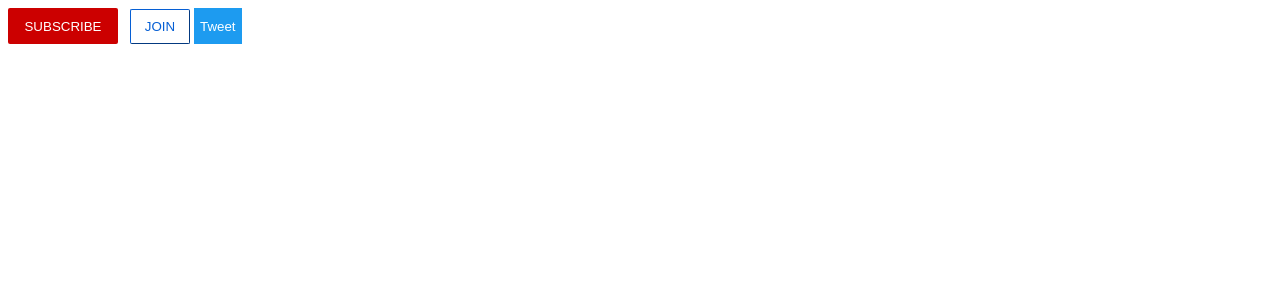
Repository: Kurumilli/Youtube
Page: buttons.html
The author's editor kept a copy of each file at every save. The page is drawn from the files as they stood at one save, then again after the next save.
The browser window is 1280 px wide. The pictures show the whole page.

Above is the page before, as saved 2025-01-23 20:14:24.

After the next save:
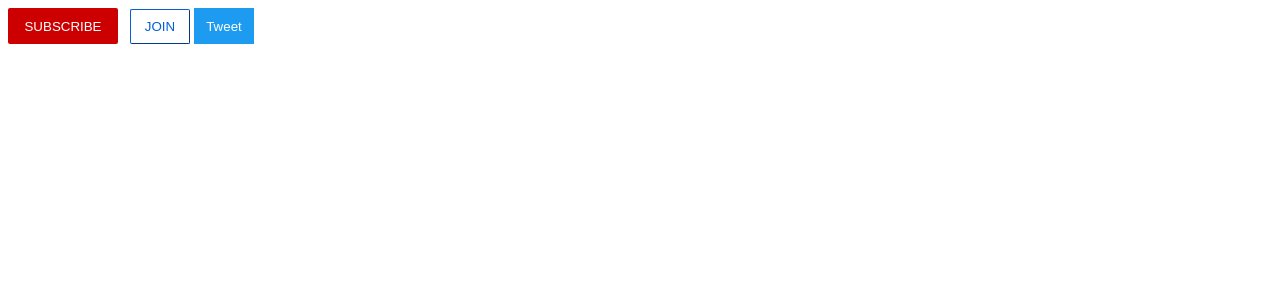
Saved 12 s later.
--- a/buttons.html
+++ b/buttons.html
@@ -28,7 +28,7 @@ margin-left: 8px;
     border: none;
     height: 36px;
     color: white;
-
+    width: 60px;
     }
 </style>
 
